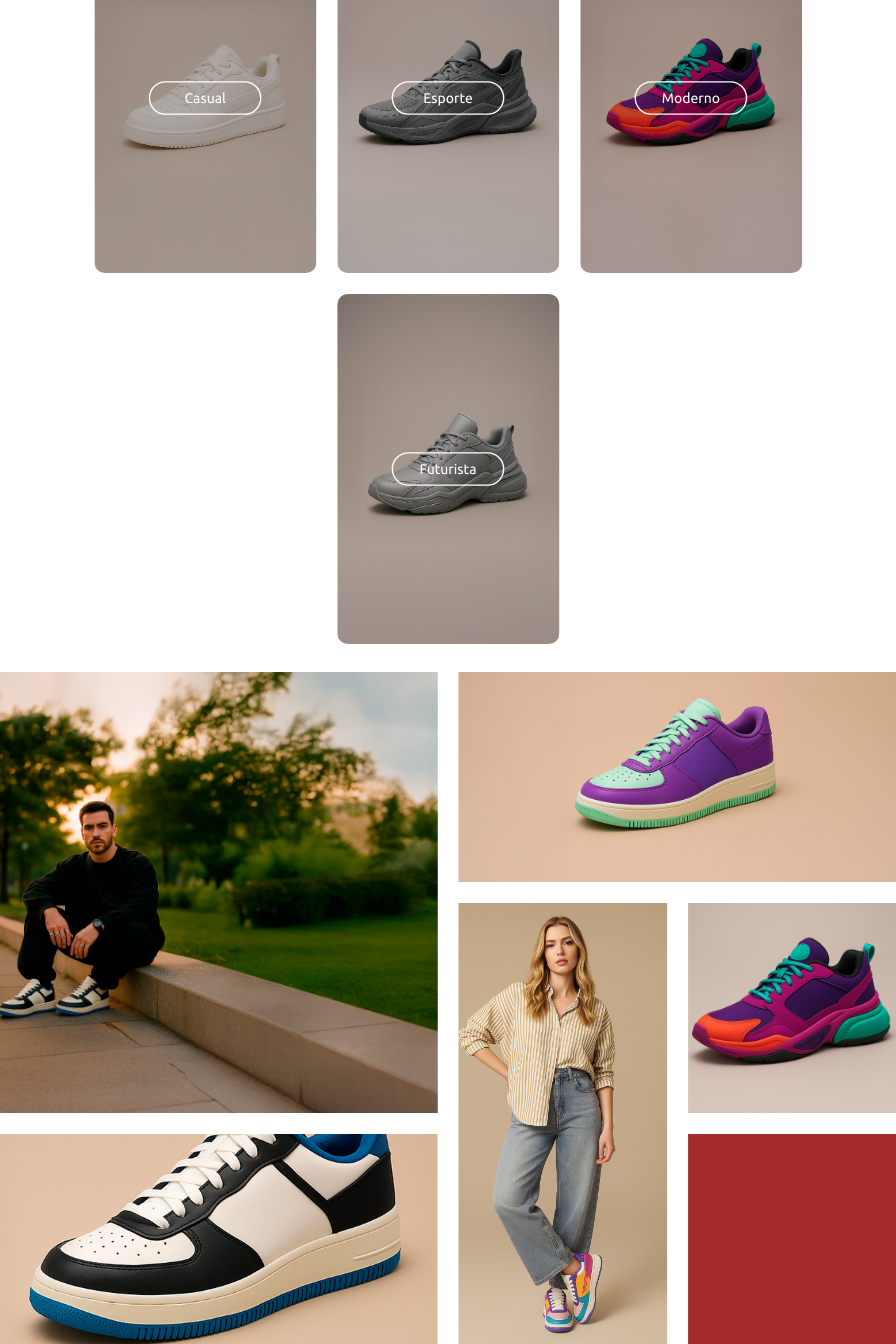
Repository: caique2512/ecommerce-syntaxwear
Page: index.html
An editor plug-in stored every save of this project. The page is shown before and after a run of saves, followed by the edit.
The browser window is 1280 px wide. The pictures show the part of the page from y = 690 to 2610 px (the page is 2610 px tall), at 70% of full size.

Above is the page before, as saved 2026-02-20 18:45:23.

### index.html
<!doctype html>
<html lang="pt-BR">
  <head>
    <meta charset="UTF-8" />
    <meta name="viewport" content="width=device-width, initial-scale=1.0" />
    <meta name="description" content="SyntaxWear - Loja de tênis online" />
    <title>SyntaxWear - Tênis e Sneakers Online</title>
    <meta
      name="description"
      content="Compre os melhores tênis e sneakers online na SyntaxWear. Encontre modelos exclusivos, ofertas imperdíveis e frete grátis para todo o Brasil."
    />

    <link rel="stylesheet" href="./css/base/reset.css" />
    <link rel="stylesheet" href="./css/base/style.css" />
    <link rel="stylesheet" href="./css/base/variables.css" />

    <link rel="stylesheet" href="./css/components/header.css" />
    <link rel="stylesheet" href="./css/components/hero.css" />
    <link rel="stylesheet" href="./css/components/product-category.css" />
    <link rel="stylesheet" href="./css/components/product-grid.css" />
  </head>
  <body>
    <!-- Header com Logo e Navegação -->
    <header class="header">
      <h1 class="logo">
        <a href="/" title="SyntaxWear - Tênis e Sneakers Online">
          <img
            src="./images/logo/logo.svg"
            alt="SyntaxWear - Tênis e Sneakers Online"
          />
        </a>
      </h1>
      <nav class="nav-center" aria-label="Categorias Principais">
        <ul>
          <li><a href="#">Masculino</a></li>
          <li><a href="#">Feminino</a></li>
          <li><a href="#">Outlet</a></li>
        </ul>
      </nav>

      <nav class="nav-right" aria-label="Menu Secundário">
        <ul>
          <li><a href="#">Nossas lojas</a></li>
          <li><a href="#">Sobre</a></li>
          <li>
            <a href="#" aria-label="Minha conta">
              <img src="./images/icons/user.svg" alt="Minha conta" />
            </a>
          </li>
          <li>
            <a href="#" aria-label="Ajuda">
              <img src="./images/icons/help.svg" alt="Ajuda" />
            </a>
          </li>
          <li>
            <a href="#" aria-label="Carrinho">
              <img src="./images/icons/bag.svg" alt="Carrinho" />
            </a>
          </li>
        </ul>
      </nav>
    </header>
    <main>
      <section class="hero">
        <div class="hero-overlay">
          <div class="hero-content">
            <span class="hero-subtitle">Krypton One</span>
            <h2 class="hero-title">Tranforme qualquer passo em preseça.</h2>
            <div class="hero-buttons">
              <a class="btn btn-outiline" href="#">Ver modelos</a>
              <a class="btn btn-filled" href="#">Comprar</a>
            </div>
          </div>
        </div>
      </section>
      <!-- Seção de Categorias de Tênis -->
      <section class="categories-section">
        <div class="category-card casual">
          <a class="category-link" href="#">
            <span class="overlay"></span>
            <span class="category-name btn btn-outiline">Casual</span>
          </a>
        </div>
        <div class="category-card esporte">
          <a class="category-link" href="#">
            <span class="overlay"></span>
            <span class="category-name btn btn-outiline">Esporte</span>
          </a>
        </div>
        <div class="category-card moderno">
          <a class="category-link" href="#">
            <span class="overlay"></span>
            <span class="category-name btn btn-outiline">Moderno</span>
          </a>
        </div>
        <div class="category-card futurista">
          <a class="category-link" href="#">
            <span class="overlay"></span>
            <span class="category-name btn btn-outiline">Futurista</span>
          </a>
        </div>
      </section>
      <!-- Seção de Produtos em Destaque -->
      <section class="grid-section">
        <div class="card top1">
          <div class="top1-content">
            <h3 class="card-subtitle">Krypton One</h3>
            <p class="card-subtitle">Estilos Urbano com atitude</p>
            <div class="cta-group">
              <a href="#" class="btn btn-outiline">Feminino</a>
              <a href="#" class="btn btn-outiline">Masculino</a>
            </div>
          </div>
        </div>
        <div class="card top1"></div>
        <div class="card top2"></div>
        <div class="card midL"></div>
        <div class="card midR"></div>
        <div class="card bottomL"></div>
        <div class="card bottomR"></div>
      </section>
    </main>

    <!-- Footer -->
    <footer class="footer"></footer>

    <script src="js/main.js"></script>
  </body>
</html>

### css/base/reset.css
/* Reset baseado em Andy Bell - Modern CSS Reset */

/* Remove default margins e paddings */
*,
*::before,
*::after {
    margin: 0;
    padding: 0;
    box-sizing: border-box;
}

/* Remove default list styles */
ul[role="list"],
ol[role="list"] {
    list-style: none;
}

/* Body defaults */
body {
    min-height: 100vh;
    text-rendering: optimizeSpeed;
    line-height: 1.5;
}

/* Make images easier to work with */
img,
picture {
    max-width: 100%;
    display: block;
}

/* Inherit fonts for inputs and buttons */
input,
button,
textarea,
select {
    font: inherit;
}

/* Remove animations for people that prefer not to see them */
@media (prefers-reduced-motion: reduce) {
    *,
    *::before,
    *::after {
        animation-duration: 0.01ms !important;
        animation-iteration-count: 1 !important;
        transition-duration: 0.01ms !important;
        scroll-behavior: auto !important;
    }
}

/* A elements that don't have a class get default styles */
a:not([class]) {
    text-decoration-skip-ink: auto;
}

a {
    text-decoration: none;
}

ul,ol{
    list-style: none;
}
/* Remove all animations, transitions and smooth scroll for people that prefer not to see them */
@media (prefers-reduced-motion: reduce) {
    html:focus-within {
        scroll-behavior: auto;
    }

    *,
    *::before,
    *::after {
        animation-duration: 0.01ms !important;
        animation-iteration-count: 1 !important;
        transition-duration: 0.01ms !important;
    }
}

### css/base/style.css
body {
    font-family: var(--fonte-principal);
    color: #333333;
}

main {
    padding: 2.5rem 0 0;
    max-width: 1360px;
    margin: 0 auto;
}

.btn {
    font-size: 1.25rem;
    width: 161px;
    height: 48px;
    border-radius: 25px;
    text-decoration: none;
    color: white;
    font-weight: 400;
    padding: 10px 20px;
    transition: background-color 0.3s, border 0.3s;
}

.btn-outiline {
    background: transparent;
    border: 2px solid white;
    line-height: 23px;
}

.btn-filled {
    background-color: white;
    color: #6329A2;
}

.btn:hover {
    background-color: #6329A2;
    color: white;
    border: #6329A2;
}

### css/base/variables.css
@import url('https://fonts.googleapis.com/css2?family=Ubuntu:ital,wght@0,300;0,400;0,500;0,700;1,300;1,400;1,500;1,700&display=swap');

:root {
    --fonte-principal: 'Ubuntu', sans-serif;
}

### css/components/header.css
.header {
    position: fixed;
    top: 60px;
    left: 50%;
    transform: translate(-50%);
    width: calc(100% - 210px);
    border-radius: 15px;
    z-index: 999;
    display: flex;
    justify-content: space-between;
    align-items: center;
    padding: 0.255rem 1.25rem;
    background-color: white;
}

.logo img {
    height: 48px;
}

.nav-center ul {
    display: flex;
    gap: 2.5rem;
}

.nav-center a, .nav-right a {
    font-size: 1.25rem;
    color: #333333;
}

.nav-center a:hover, .nav-right a:hover {
    color: #7c3aed;
}

.nav-right ul {
    display: flex;
    gap: 2.5rem;
    align-items: center;
}

.nav-right img {
    height: 20px;
}

.nav-right a:hover img {
    opacity: 0.7;
}

### css/components/hero.css
.hero {
    background: url(../../images/banners/hero.jpg) no-repeat center;
    background-size: cover;
    height: 500px;
    position: relative;
    border-radius: 20px;
}

.hero-overlay {
    width: 100%;
    height: 100%;
    display: flex;
    align-items: center;
    justify-content: flex-end;
    padding: 0 6rem;
}

.hero-content {
    color: white;
    max-width: 355px;
    text-align: center;
}

.hero-buttons {
    display: flex;
    gap: 16px;
}

.hero-content .hero-title {
    font-size: 1.87rem;
    margin-bottom: 40px;
    font-weight: 400;
    line-height: 36px;
    letter-spacing: 3px;
}

.hero-content .hero-subtitle {
    font-size: 1.25rem;
    font-weight: 400;
}

### css/components/product-category.css
.categories-section {
    padding: 40px 0px 40px 0px;
    display: flex;
    flex-wrap: wrap;
    justify-content: center;
    gap: 30px;
}

.category-card {
    position: relative;
    width: 317px;
    height: 500px;
    border-radius: 15px;
    overflow: hidden;
}

.overlay {
    position: absolute;
    inset: 0;
    background-color: rgba(0, 0, 0, 0.25);
    z-index: 1;
}

.category-name {
    position: absolute;
    left: 50%;
    top: 50%;
    transform: translate(-50%, -50%);
    z-index: 2;
    font-size: 1.25rem;
    text-align: center;
}

.casual {
    background: url(../../images/products/tênis\ casual.jpg) no-repeat center;
    background-size: cover;
}

.esporte {
    background: url(../../images/products/twnia\ exportivo.jpg) no-repeat center;
    background-size: cover;
}

.moderno {
    background: url(../../images/products/tênis\ colorido.jpg) no-repeat center;
    background-size: cover;
}

.futurista {
    background: url(../../images/products/tênis\ futurista.jpg) no-repeat center;
    background-size: cover;
}

### css/components/product-grid.css
.top1 {
    grid-area: top1;
    background: url(../../images/products/modelo-homem.jpg) no-repeat center;
    background-size: cover;
}

.top2 {
    grid-area: top2;
    background: url(../../images/products/tênis-roxo-grid.jpg) no-repeat center;
    background-size: cover;
}

.midL {
    grid-area: midL;
    background: url(../../images/products/modelo\ feminino.jpg) no-repeat center;
    background-size: cover;
}

.midR {
    grid-area: midR;
    background: url(../../images/products/futurista-grid.jpg) no-repeat center;
    background-size: cover;
}

.bottomL {
    grid-area: bottomL;
    background: url(../../images/products/preto-azul-grid.jpg) no-repeat center;
    ba
}

.bottomR {
    grid-area: bottomR;
    background-color: brown;
}

.grid-section {
    display: grid;
    grid-template-columns: repeat(4, 1fr);
    grid-template-rows: repeat(3, 300px);
    grid-template-areas:
    "top1 top1 top2 top2"
    "top1 top1 midL midR"
    "bottomL bottomL midL bottomR";
    gap: 30px;
}

### js/main.js
/* ===================================
   MAIN.JS - Inicializações globais
   =================================== */

console.log('SyntaxWear - E-commerce carregado com sucesso');

// Suas inicializações globais aqui
// Exemplo: inicializar menu, carrinho, etc.

After the next 2 saves:
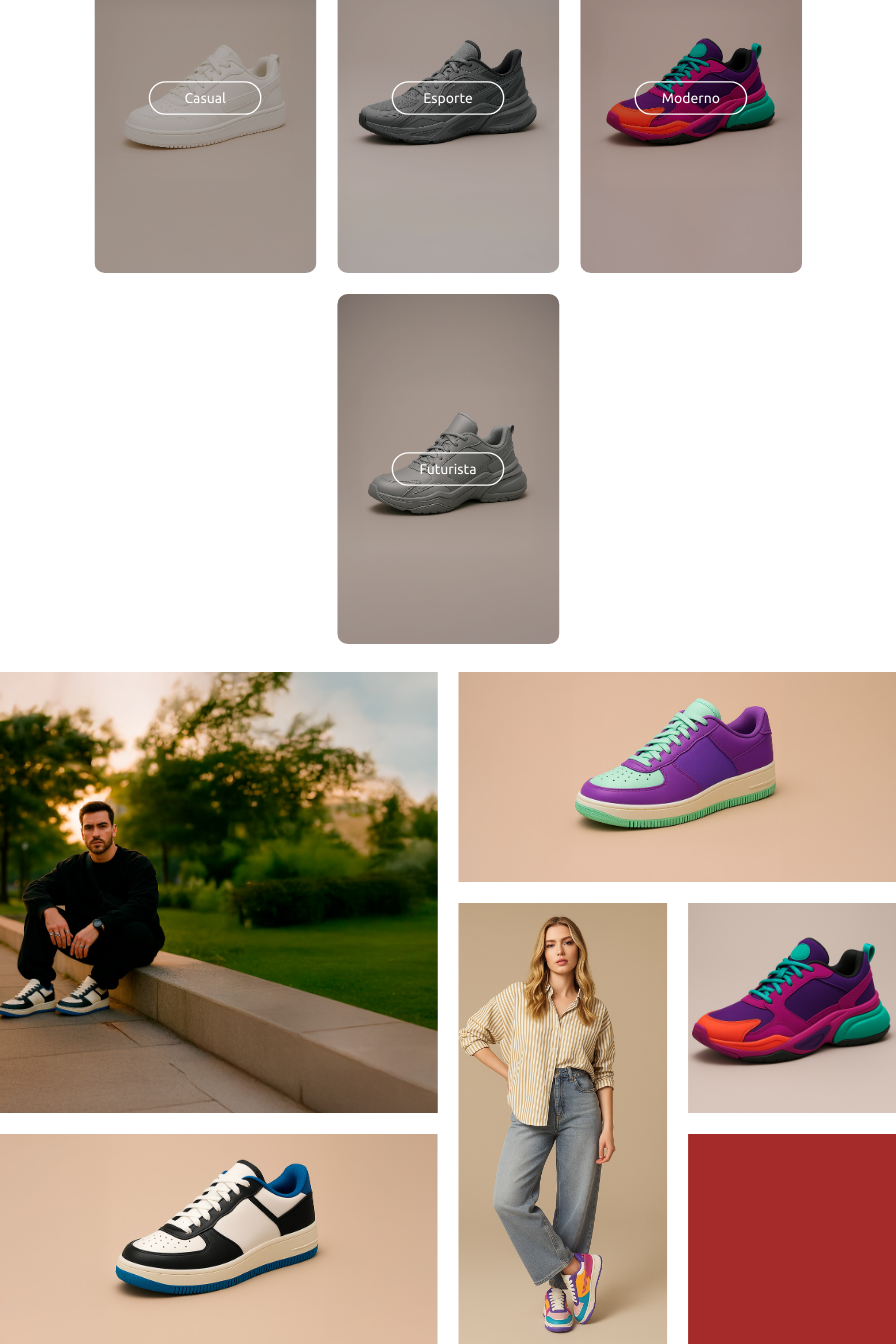
The 2 saves are shown as one change because they came seconds apart.
The last was saved 6 s later.
--- a/css/components/product-grid.css
+++ b/css/components/product-grid.css
@@ -25,7 +25,7 @@
 .bottomL {
     grid-area: bottomL;
     background: url(../../images/products/preto-azul-grid.jpg) no-repeat center;
-    ba
+    background-size: cover;
 }
 
 .bottomR {
